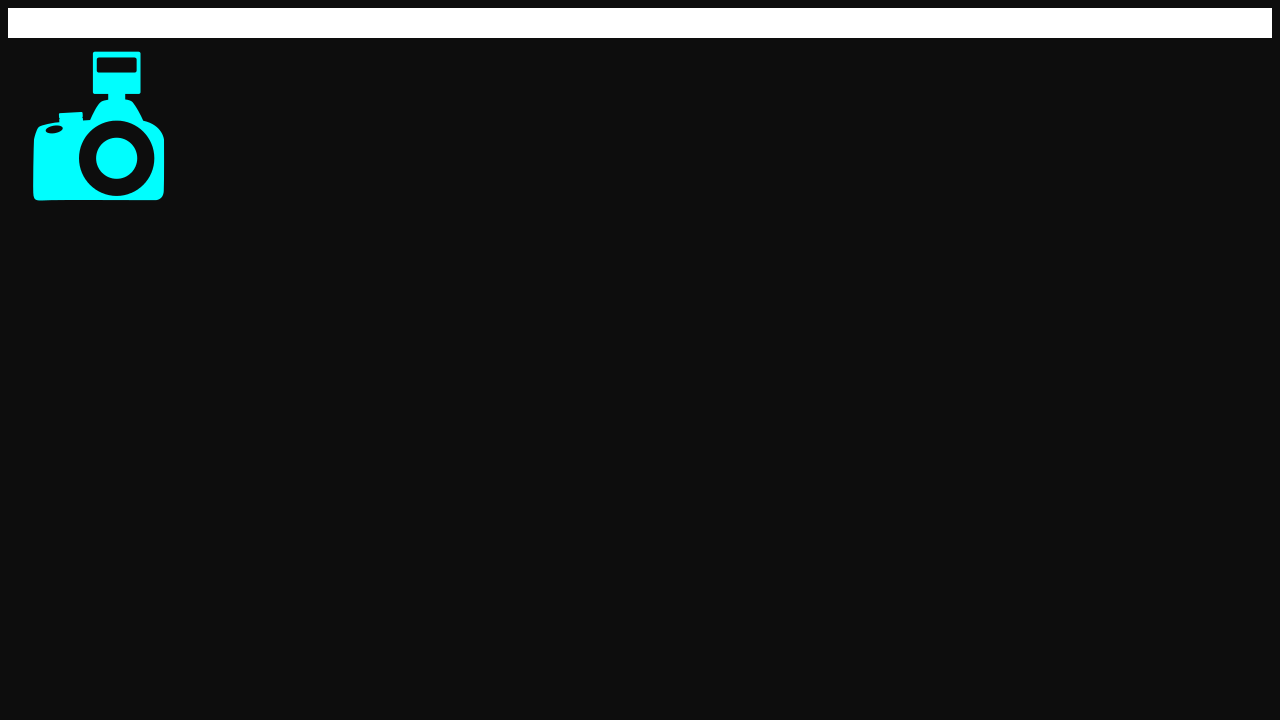
Repository: Unitech/OpenStreetMap
Page: lib/cordova_mobile_app/OpenStreetMap/assets/www/index.html
The author's editor kept a copy of each file at every save. The page is drawn from the files as they stood at one save, then again after a run of saves.
The browser window is 1280 px wide. The pictures show the whole page.
Some web libraries are served in a nearby version.

Above is the page before, as saved 2012-06-25 22:58:00.

### lib/cordova_mobile_app/OpenStreetMap/assets/www/index.html
<!DOCTYPE HTML>
<html>
  <head>
    <meta name="viewport" content="width=320; user-scalable=no" />
    <meta http-equiv="Content-type" content="text/html; charset=utf-8">
    <title>OpenStreetArt Mobile App</title>


    <link rel="stylesheet" href="index.css" />


	  <script type="text/javascript" charset="utf-8" src="phonegap-1.4.1.js"></script>
	  <script src="http://code.jquery.com/jquery-1.7.2.min.js"></script>


  </head>
  <body onload="init();" id="stage" class="theme">
  	<div class="bottom-menu">
  		&nbsp;
  	</div>


    <div data-role="button" onclick="take_pic();">
    	<img src="images/appareil.png" />
    </div>
   	<img id="cameraImage" src="" width="320" />


	<script type="text/javascript" charset="utf-8" src="apis/camera.js"></script>
	<script type="text/javascript" charset="utf-8" src="apis/geolocation.js"></script>
	<script type="text/javascript" charset="utf-8" src="index.js"></script>

  </body>
</html>

### lib/cordova_mobile_app/OpenStreetMap/assets/www/index.css

body {
	font-family: verdana, arial, helvetica, sans-serif;
	background-color : #0D0D0D;
	color : white;
}

.bottom-menu {
	height : 30px;
	background-color : white;

}

### lib/cordova_mobile_app/OpenStreetMap/assets/www/apis/camera.js
/* Copyright (c) 2012 Mobile Developer Solutions. All rights reserved.
 * This software is available under the MIT License:
 * The MIT License
 * Permission is hereby granted, free of charge, to any person obtaining a copy of this software
 * and associated documentation files (the "Software"), to deal in the Software without restriction,
 * including without limitation the rights to use, copy, modify, merge, publish, distribute,
 * sublicense, and/or sell copies of the Software, and to permit persons to whom the Software
 * is furnished to do so, subject to the following conditions:
 *
 * The above copyright notice and this permission notice shall be included in all copies
 * or substantial portions of the Software.
 *
 * THE SOFTWARE IS PROVIDED "AS IS", WITHOUT WARRANTY OF ANY KIND, EXPRESS OR IMPLIED,
 * INCLUDING BUT NOT LIMITED TO THE WARRANTIES OF MERCHANTABILITY, FITNESS FOR A PARTICULAR
 * PURPOSE AND NONINFRINGEMENT. IN NO EVENT SHALL THE AUTHORS OR COPYRIGHT HOLDERS BE LIABLE
 * FOR ANY CLAIM, DAMAGES OR OTHER LIABILITY, WHETHER IN AN ACTION OF CONTRACT, TORT OR OTHERWISE,
 * ARISING FROM, OUT OF OR IN CONNECTION WITH THE SOFTWARE OR THE USE OR OTHER DEALINGS IN THE SOFTWARE.
 */


var pictureSource;   // picture source
var destinationType; // sets the format of returned value
// See the above in device.js for their assignments

// api-camera


function onPhotoURISuccess(imageURI) {
    console.log("* * * onPhotoURISuccess");
    // Uncomment to view the image file URI
    // console.log(imageURI);
    var cameraImage = document.getElementById('cameraImage');
    cameraImage.style.visibility = 'visible';
    cameraImage.src = imageURI;
}


function album_pic() {
    navigator.camera.getPicture(onPhotoURISuccess, function(ex) {
            alert("Camera Error!"); },
            { quality: 30,
        destinationType: destinationType.FILE_URI,
        // Android Quirk: Camera.PictureSourceType.PHOTOLIBRARY and
        // Camera.PictureSourceType.SAVEDPHOTOALBUM display the same photo album.
        sourceType: pictureSource.SAVEDPHOTOALBUM });
}

### lib/cordova_mobile_app/OpenStreetMap/assets/www/index.js



var step3 = function(imageData, coords) {
    console.log("Step3 - sending photo");
    var cameraImage = document.getElementById('cameraImage');
    cameraImage.style.visibility = 'visible';
    cameraImage.src = "data:[embedded picture, 23 characters]" + imageData;

    $.post('http://192.168.1.45:3000/spots/remote_create', { spot :
                                                                {
                                                                  main_image_base64 : imageData,
                                                                  lat : coords.latitude,
                                                                  lng : coords.longitude,
                                                                  content : 'sisis'}},
                                                                  function() {
                                                                             alert('ok');
                                                                  });

}

var step2 = function(image64) {
    var success = function(pos) {
        console.log('o-*** * ** * * * * key geoloc = ' + pos.coords.accuracy + ' lng = ' + pos.coords.longitude);
        step3(image64, pos.coords);
        //pos.coords.latitude;
        //pos.coords.longitude;
        //pos.coords.accuracy;
    };
    var fail = function(error) {
        //step3(false);
        console.log('Error when getting position');
        return;
    };

    console.log("Getting geolocation . . .");
    navigator.geolocation.getCurrentPosition(success, fail);
};


function take_pic() {
    navigator.camera.getPicture(step2, function(ex) {
        alert("Camera Error!");
    }, {
        quality : 30,
        destinationType: Camera.DestinationType.DATA_URL
    });
}

var onDeviceReady = function() {
    document.getElementById("devready").innerHTML = "OnDeviceReady fired.";
};

function init() {
    document.addEventListener("deviceready", onDeviceReady, true);
}

Loaded but not shown: lib/cordova_mobile_app/OpenStreetMap/assets/www/phonegap-1.4.1.js (library); lib/cordova_mobile_app/OpenStreetMap/assets/www/apis/geolocation.js (library)

After the next 2 saves:
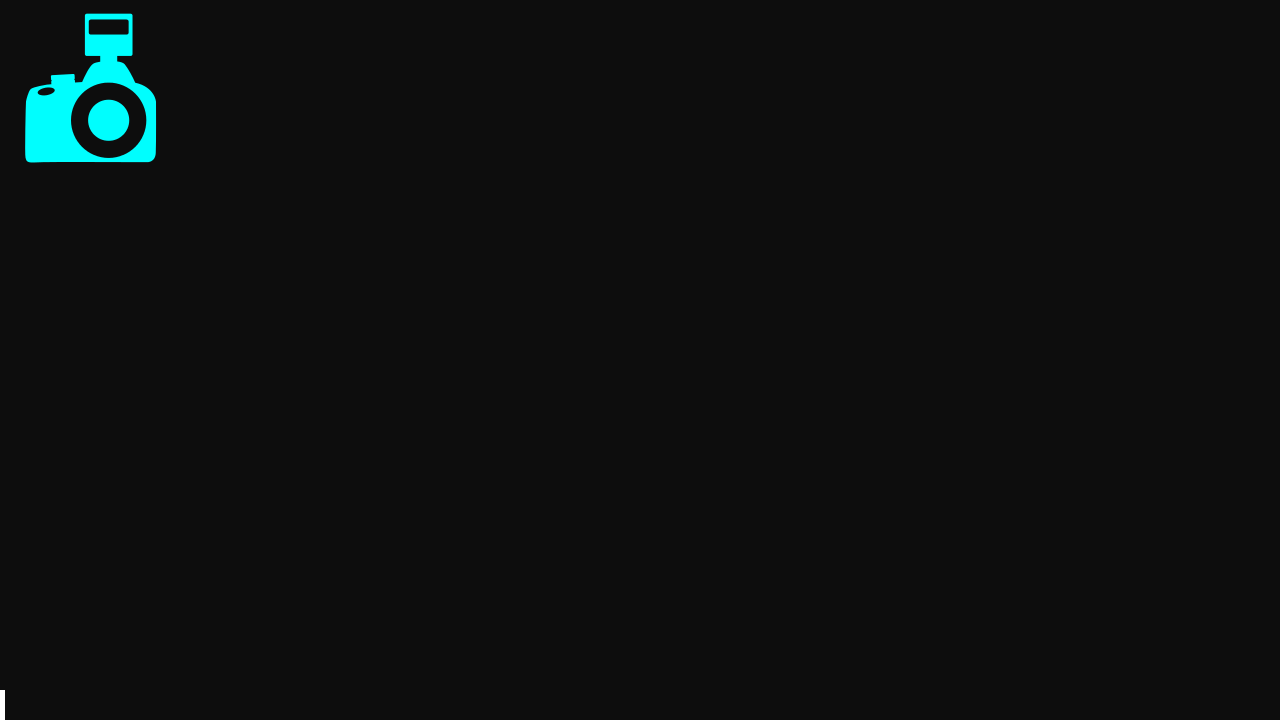
The 2 saves are shown as one change because they came seconds apart.
The last was saved 22 s later.
--- a/lib/cordova_mobile_app/OpenStreetMap/assets/www/index.css
+++ b/lib/cordova_mobile_app/OpenStreetMap/assets/www/index.css
@@ -1,3 +1,8 @@
+
+* {
+	margin : 0;
+	padding : 0;
+}
 
 body {
 	font-family: verdana, arial, helvetica, sans-serif;
@@ -8,5 +13,6 @@
 .bottom-menu {
 	height : 30px;
 	background-color : white;
-
+	position : absolute;
+	bottom : 0px;
 }
